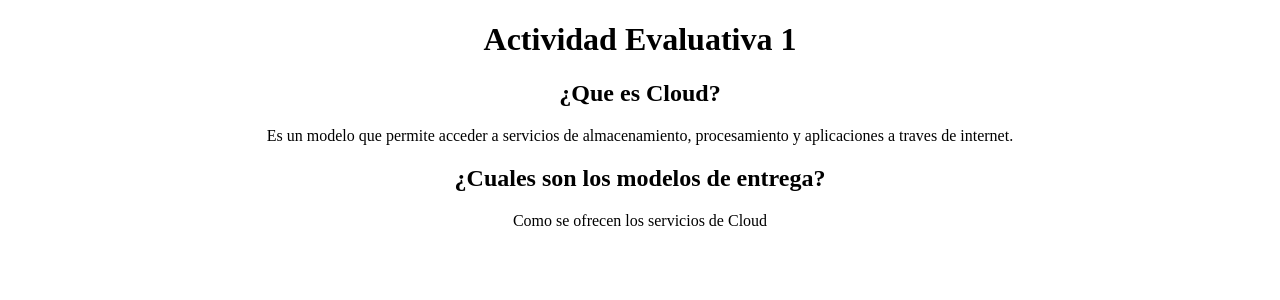
Repository: Laura-Oliveros/Actividad-Evaluativa-1
Page: LauSebas.html
These files come from the project's save history. The page is drawn as it stood at one moment and after the next save; the edit follows.
The browser window is 1280 px wide. The pictures show the whole page.

Above is the page before, as saved 2025-09-04 18:51:01.

After the next save:
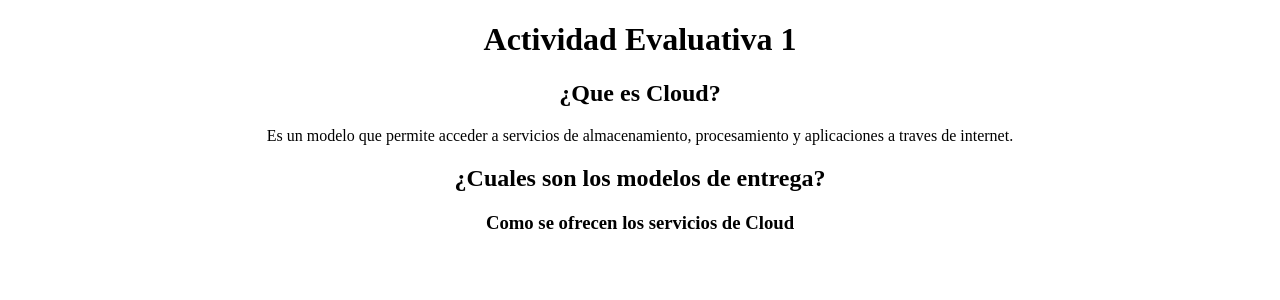
Saved 11 s later.
--- a/LauSebas.html
+++ b/LauSebas.html
@@ -14,7 +14,7 @@
 
     <div class="contenedor" style="text-align: center;">
         <h2>¿Cuales son los modelos de entrega?</h2>
-        <p>Como se ofrecen los servicios de Cloud </p>
+        <h3>Como se ofrecen los servicios de Cloud </h3>
 
 </body>
 </html>
